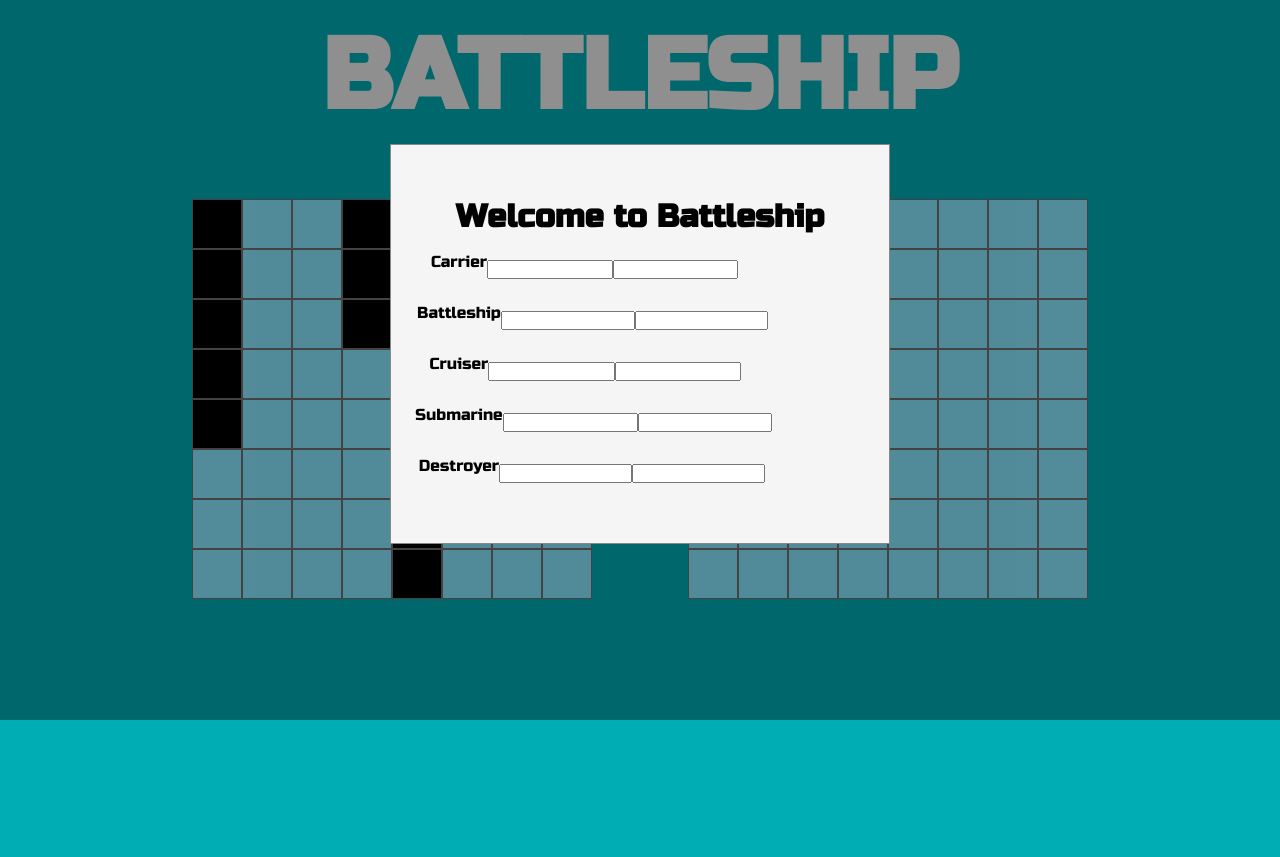
Repository: AzharMoosa/battleship
Page: /
An editor plug-in stored every save of this project. The page is shown before and after the next save, followed by the edit.
The browser window is 1280 px wide. The pictures show the whole page.
The project was rebuilt for these pictures with package versions that can differ from the ones it lists, and the page was loaded fresh each time.

Above is the page before, as saved 2020-07-09 10:13:01.

After the next save:
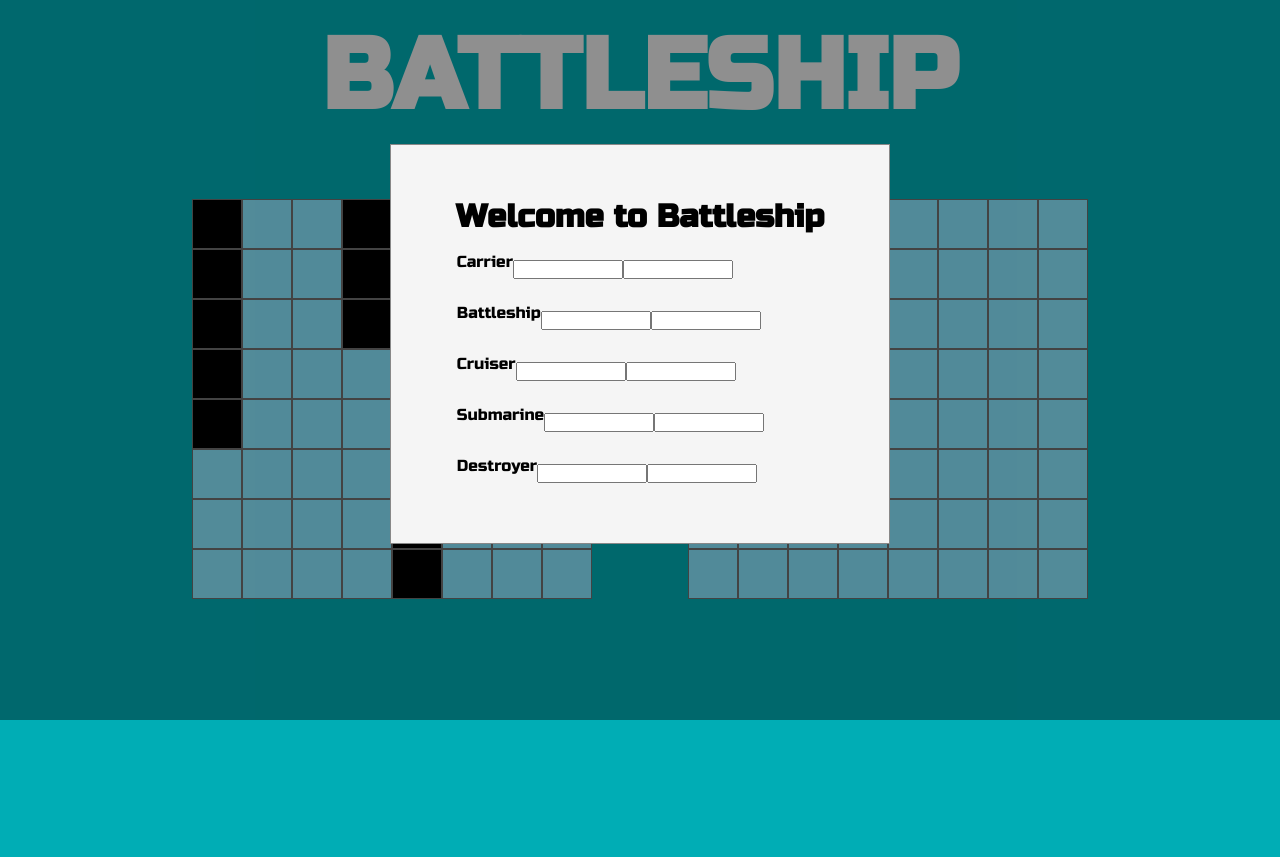
Saved 4 s later.
--- a/src/App.css
+++ b/src/App.css
@@ -122,7 +122,6 @@ body {
 
 .coord-inputs {
   display: flex;
-  flex
   width: 80%;
   margin-top: 1rem;
 }
